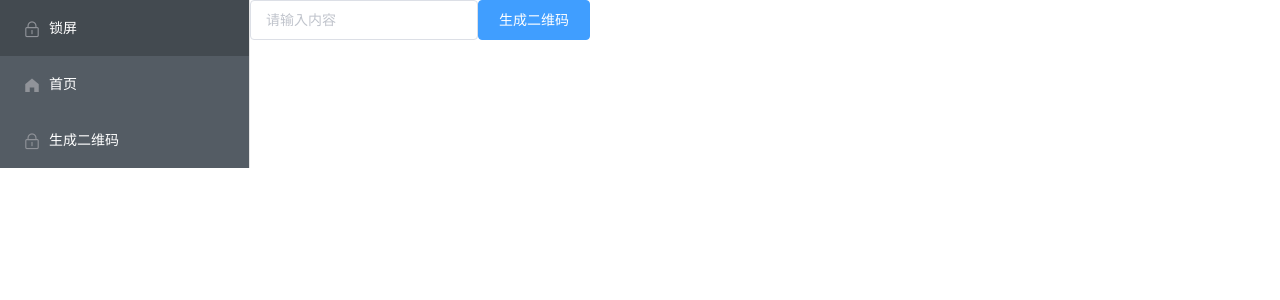
Repository: wujingwenwu/-vue-2.0
Page: /qrcode
The author's editor kept a copy of each file at every save. The page is drawn from the files as they stood at one save, then again after the next save.
The browser window is 1280 px wide. The pictures show the whole page.
The project was rebuilt for these pictures with package versions that can differ from the ones it lists, and the page was loaded fresh each time. Also part of the build but not shown: src/views/Home.vue, src/components/w-lockScreen/w-lockScreen.vue.

Above is the page before, as saved 2020-10-01 14:15:30.

### src/main.js
import Vue from "vue";
import App from "./App.vue";
import router from "./router";
import store from "./store";
import ElementUI from 'element-ui';
import 'element-ui/lib/theme-chalk/index.css';
import  "./globalComponents"
Vue.config.productionTip = false;
Vue.use(ElementUI);
new Vue({
  router,
  store,
  render: h => h(App)
}).$mount("#app");

### src/App.vue
<template>
  <div id="app">

    <router-view />
  </div>
</template>

<style lang="scss">
@import "./style/demo";
*{
  margin: 0;
  padding: 0;
}
</style>

### src/router/index.js
import Vue from "vue";
import VueRouter from "vue-router";
import Home from "../views/Home.vue";
import Layout from "../views/layout/layout"
Vue.use(VueRouter);

const routes = [
  {
    path: "/home",
    name: "",
    component: Home
  },
  {
    path: "",
    component: Layout,
    children:[
      {
        path: "/",
        name: "Home",
        component: Home
      },
      {
        path: "/lockScreen",
        name: "LockScreen",
        component: () =>
          import("../views/lockScreen/LockScreen")
      },
      {
        path: "/qrcode",
        name: "Qrcode",
        component: () =>
          import("../views/qrcode/Qrcode.vue")
      },
    ]
  },
  {
    path: "/about",
    name: "About",
    component: () =>
      import("../views/About.vue")
  },
];

const router = new VueRouter({
  mode: "history",
  base: process.env.BASE_URL,
  routes
});
router.beforeEach((to, from, next) => {
  const lockFlag = localStorage.getItem('password');
  if(lockFlag === '0'&&from.path!=="/lockScreen"){
      next(false)
  }else{
    next()
  }
})
export default router;

### src/store/index.js
import Vue from "vue";
import Vuex from "vuex";

Vue.use(Vuex);

export default new Vuex.Store({
  state: {
    // passpords:''
  },
  mutations: {
    // setUser(state, data) {
    //   state.passpords = data
    // }
  },
  actions: {},
  modules: {}
});

### src/globalComponents/index.js
import Vue from 'vue'

import WLockScreen from '../components/w-lockScreen/w-lockScreen';
import WQrcode from "../components/w-qrcode/w-qrcode.vue"


Vue.component('wLockScreen', WLockScreen)
Vue.component('WQrcode', WQrcode)

### src/style/demo.scss
.d-f{
    display: flex;
    /* 弹性盒模型 */
}
.f-s-12{
    font-size: 12px;
    /* 字体大小为12px */
}
.f-s-14{
    font-size: 14px;
    /* 字体大小为14px */
}
.f-s-16{
    font-size: 16px;
    /* 字体大小为16px */
}
.f-w{
    font-weight: 700;
    /*字体 加粗 */
}
.f-c-ho{
    color: #f00;
    /* 红色 */
}
.f-c-hu{
    color: #ccc;
    /* 灰色 */
}
.f-c-b{
    color: #ffffff;
    /* 白色 */
}
.f-c-he{
    color: #000;
    /* 黑色 */
}
.t-a-l{
    text-align: left;
    /* 文本左对齐 */
}
.t-a-c{
    text-align: center;
    /* 文本居中 */
}
.t-a-r{
    text-align: right;
    /* 文本右对齐 */
}
.t-d-u{
    text-decoration: underline;
    /* 装饰在文本底部 */
}
.t-d-o{
    text-decoration: overline;
    /* 装饰在顶部 */
}
.t-d-l-t{
    text-decoration: line-through;
    /* 装饰在文本中间 */
}
.d-i{
    display: inline;
    /* 块级元素装换成行内元素 */
}
.d-i-b{
    display: inline-block;
    /* 块级元素装换成行内块元素 */
}
.d-b{
    display: block;
    /* 行内和行内块元素装换成块级元素 */
}
.d-n{
    display: none;
    /* 隐藏元素 */
}
.p-r{
    position: relative;
    /* 相对定位 */
}
.p-a{
    position: absolute;
    /* 绝对定位 */
}
.p-f{
    position: fixed;
    /* 固定定位 */
}
.b-r-50{
    border-radius: 50%;
    /* 圆角为50% */
}
.j-c-s-a{
    justify-content: space-around;
   /* 两边的子元素距离父元素的两边有间距，然后中间距离自动等分 */
}
.j-c-s-b{
    justify-content: space-between;
    /* 两边的子元素距离父元素没有间距，然后中间距离自动等分 */

}
.j-c-c{
    justify-content: center;
     /* 所有的子元素相当于父元素水平居中 */
}
.a-i-c{
    align-items: center;
    /* （竖轴排列方式）子元素相当于父元素垂直方向居中 */
}
.f-d-c{
    flex-direction: column;
    /* 弹性盒模型的竖项排列方式 */
}
*{
  margin: 0;
  padding: 0;
  /* 清除游览器的痕迹 */
}
.conter{
    display: flex;
    justify-content: center;
    /* 弹性盒模型，所有的文本在页面的中间 */
}
.warp{
   width: 1280px;
   /* 宽度为1280px，基本上不会超过1400px */
}
.o-h{
    overflow: hidden;
    /* 超出部分隐藏 */
}
.w-o-t{
    white-space: nowrap;
    overflow: hidden;
    text-overflow: ellipsis;
    /* 超出部分隐藏（只限字体） */
}
.d-n{
    display: none;
    /* 不占位置 */
}
.v-h{
    visibility: hidden;
    /* 占位置 */
}
.f-w-w{
    flex-wrap: wrap;
    /* 换行 */
}
.w-s-n{
    white-space: nowrap;
    /* 内容不换行 */
}
.m-t-20{
    margin-top: 20px;
    /* 向下20 */
}
.m-l-20{
    margin-left: 20px;

}
.m-t-10{
    margin-top: 10px;
}
.m-l-10{
    margin-left: 10px;
}
.b-c-hong{
    background-color: red;
}
.b-c-hei{
    background-color: black;
}
.b-c-bai{
    background-color: #ffffff;
}
.b-c-hui{
    background-color: #ccc;
}
.b-1-s-hong{
    border: 1px solid red;
}
.b-1-d-hong{
    border: 1px dashed red;
}
.b-1-s-bai{
    border: 1px solid #ffffff;
}
.b-1-d-bai{
    border: 1px dashed #ffffff;
}
.b-1-s-hei{
    border: 1px solid black;
}
.b-1-d-hei{
    border: 1px dashed black;
}
.b-1-s-hui{
    border: 1px solid #ccc;
}
.b-1-d-hui{
    border: 1px dashed #ccc;
}
.b-l-n{
    border-left: none;
    /* 左边框隐藏 */
}
.b-t-n{
    border-top: none;
}
.b-r-n{
    border-right: none;
}
.b-b-n{
    border-bottom: none;
}
.m-t-15{
    margin-top: 15px;
}
.m-t-30{
    margin-top: 30px;
}
.m-t-5{
    margin-top: 5px;
}
.b-none{
    border: none;
}
.f-s-18{
    font-size: 18px;
}
.m-l--10{
    margin-left: -10px;
}
.m-l-40{
    margin-left: 40px;
}
.o-n{
    outline: none;
    /* 隐藏边框 */
}

### src/views/layout/layout.vue
<template>
 <div >
  <div class="d-f">
     <div class="commit">
      <el-menu
      :default-active="$route.path"
      class="el-menu-vertical-demo"
      background-color="#545c64"
      text-color="#fff"
      active-text-color="#ffd04b" v-for="item in arr" :key="item.path">
      <el-menu-item   :index="item.path" @click="select(item.path)">
        <i :class="item.icon"></i>
        <span slot="title">{{item.name}}</span>
      </el-menu-item>
    </el-menu>
     </div>
    <router-view></router-view>
  </div>
 </div>
</template>

<script>
 export default {
   data () {
     return {
       arr:[
      {icon:"el-icon-lock",name:"锁屏",path:'/lockScreen'},  {icon:"el-icon-s-home",name:"首页",path:'/'},
      {icon:"el-icon-lock",name:"生成二维码",path:'/lockScreen'},

       ]
     }
   },
   components: {

   },
   methods: {
   select(path){
     console.log(path);
     this.$router.push(path)
   },
   },
   mounted() {

   },
   watch: {

   },
   computed: {

   }
 }
</script>

<style scoped lang='scss'>
.commit{
    width: 250px;
}
</style>

### src/views/qrcode/Qrcode.vue
<template>
 <div class="d-f">
  <div><el-input
  placeholder="请输入内容"
  v-model="input"
  clearable>
</el-input></div>
<div><el-button type="primary">生成二维码</el-button></div>
 </div>
</template>

<script>
 export default {
   name:'',
   props:{

    },
   data () {
     return {
     input:''
   }
   },
   components: {

   },
   methods: {

   },
   mounted() {

   },
   watch: {

   },
   computed: {

   }
 }
</script>

<style scoped lang='scss'>

</style>

### src/components/w-qrcode/w-qrcode.vue
<template>
 <div>
212121
 </div>
</template>

<script>
 export default {
   name:'',
   props:{

    },
   data () {
     return {

   }
   },
   components: {

   },
   methods: {

   },
   mounted() {

   },
   watch: {

   },
   computed: {

   }
 }
</script>

<style scoped lang='scss'>

</style>

Loaded but not shown: public/index.html (common file)

After the next save:
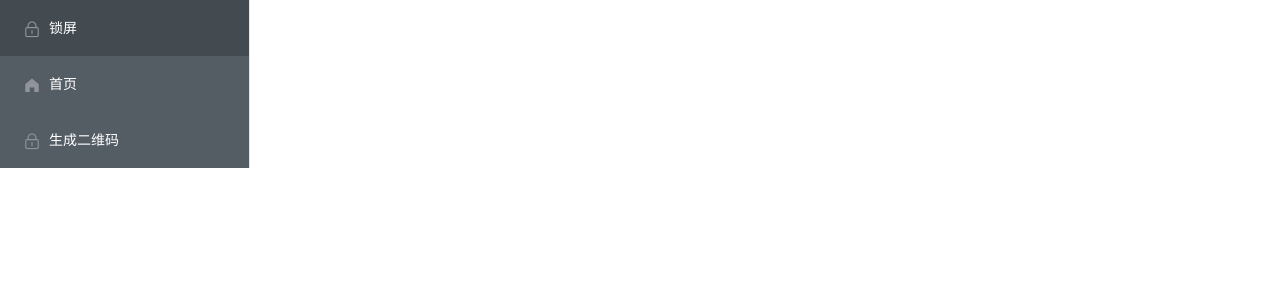
Saved 24 s later.
--- a/src/views/qrcode/Qrcode.vue
+++ b/src/views/qrcode/Qrcode.vue
@@ -1,11 +1,8 @@
 <template>
+ <div>
  <div class="d-f">
-  <div><el-input
-  placeholder="请输入内容"
-  v-model="input"
-  clearable>
-</el-input></div>
-<div><el-button type="primary">生成二维码</el-button></div>
+
+ </div>
  </div>
 </template>
 

After the save that followed:
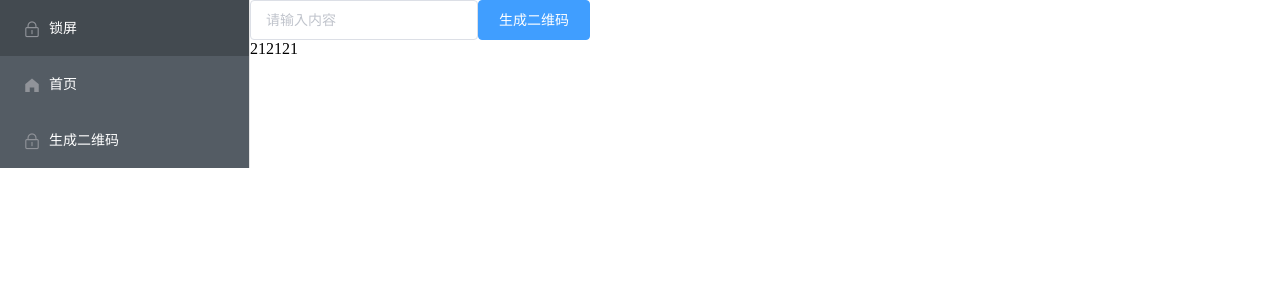
Saved 17 s later.
--- a/src/views/qrcode/Qrcode.vue
+++ b/src/views/qrcode/Qrcode.vue
@@ -1,8 +1,14 @@
 <template>
  <div>
  <div class="d-f">
-
+  <div><el-input
+  placeholder="请输入内容"
+  v-model="input"
+  clearable>
+</el-input></div>
+<div><el-button type="primary">生成二维码</el-button></div>
  </div>
+ <w-qrcode></w-qrcode>
  </div>
 </template>
 
